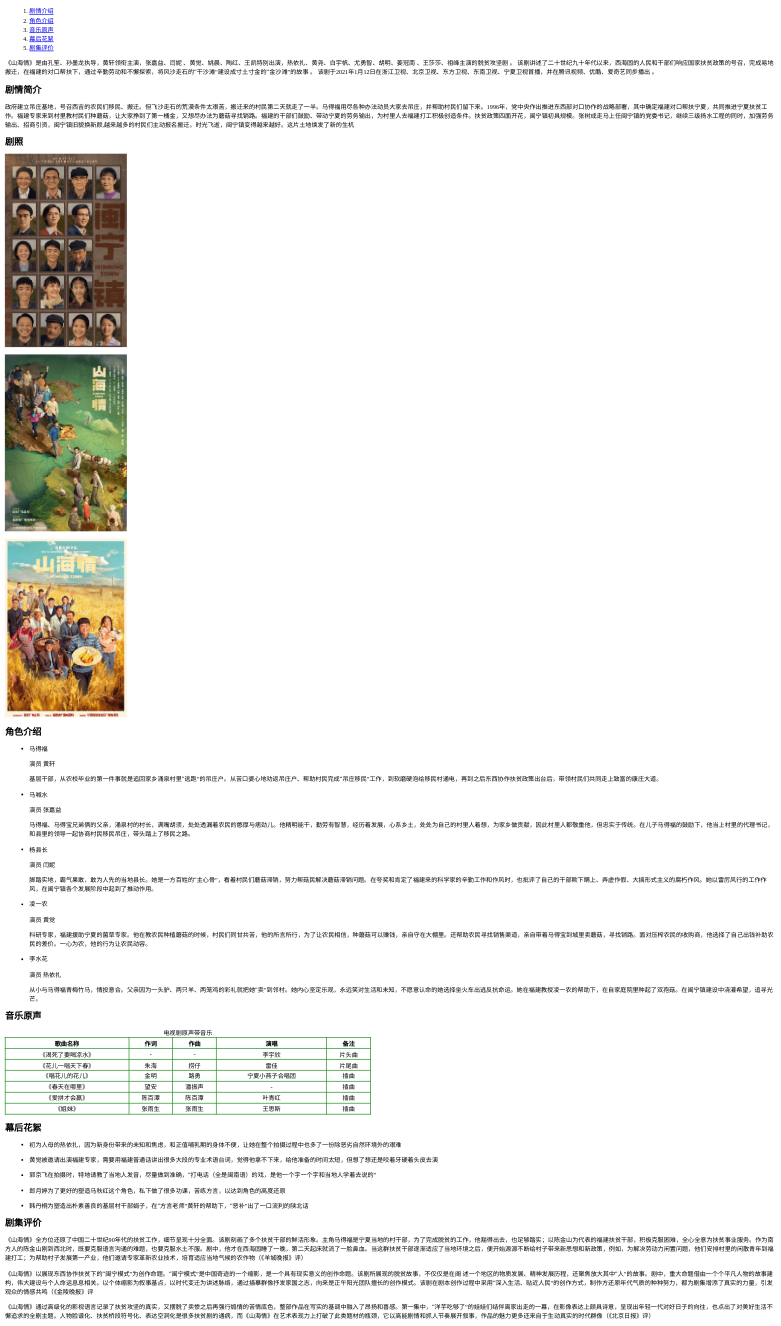
Repository: Lixianlai-2/static-website
Page: index.html
The author's editor kept a copy of each file at every save. The page is drawn from the files as they stood at one save, then again after the next save.
The browser window is 1280 px wide. The pictures show the whole page, at 61% of full size.

Above is the page before, as saved 2021-11-30 22:18:47.

After the next save:
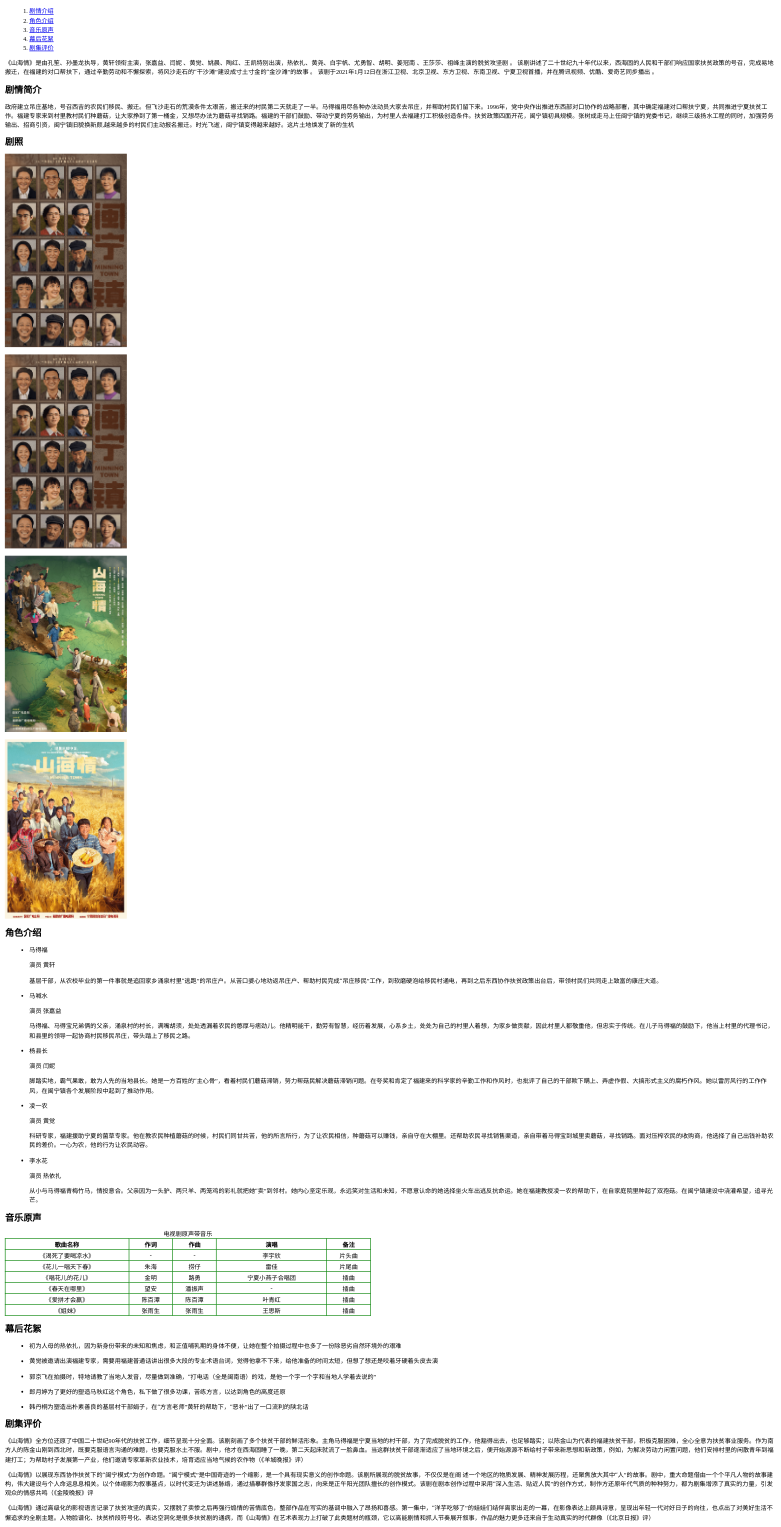
Saved 8 min 35 s later.
--- a/index.html
+++ b/index.html
@@ -68,6 +68,11 @@
     </p>
 
     <h2>剧照</h2>
+    <div>
+      <a href="">
+        <img src="/img/裁剪1.png" alt="剧照1">
+      </a>
+    </div>
     <div><img src="/img/裁剪1.png" alt="剧照1"></div>
     <div><img src="/img/裁剪2.png" alt="剧照2"></div>
     <div><img src="/img/裁剪3.png" alt="剧照3"></div>

After the save that followed:
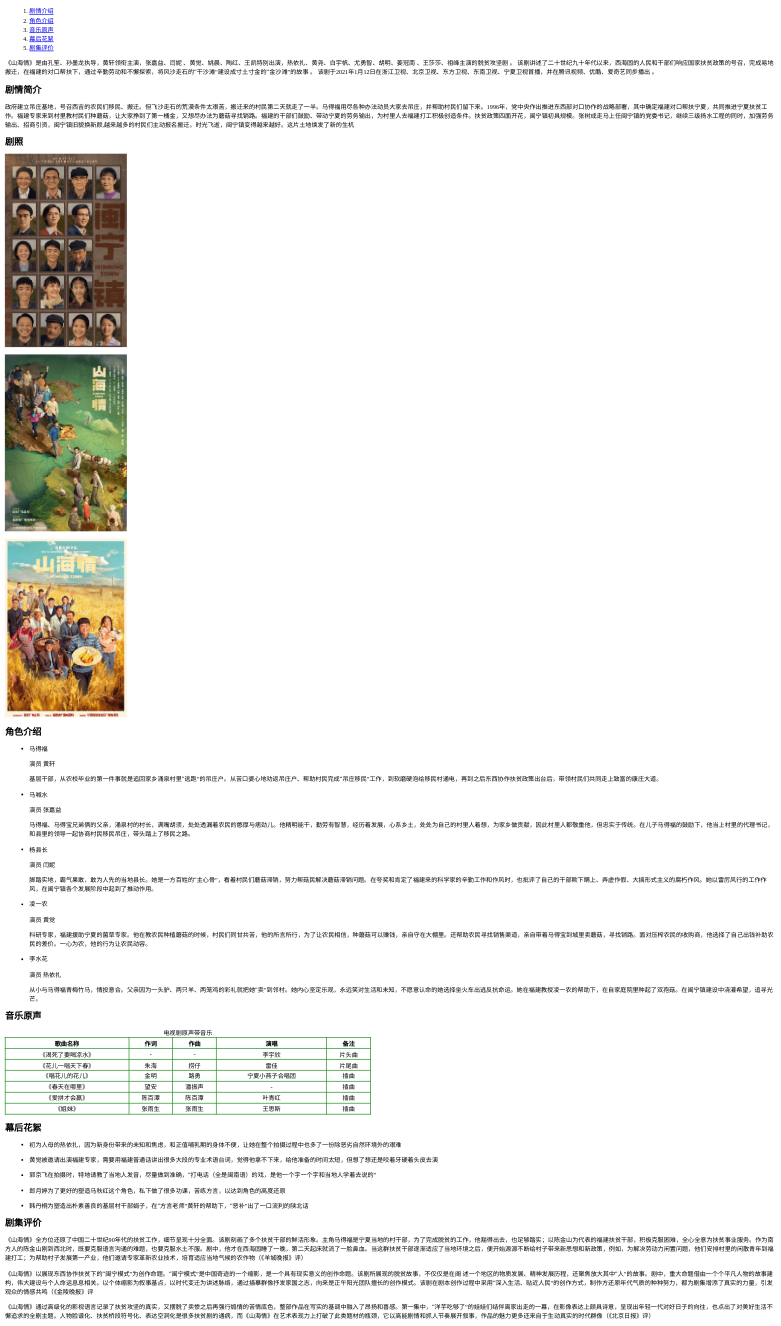
Saved 102 s later.
--- a/index.html
+++ b/index.html
@@ -69,13 +69,21 @@
 
     <h2>剧照</h2>
     <div>
-      <a href="">
+      <a href="/img/剧照1.jfif">
         <img src="/img/裁剪1.png" alt="剧照1">
       </a>
     </div>
-    <div><img src="/img/裁剪1.png" alt="剧照1"></div>
-    <div><img src="/img/裁剪2.png" alt="剧照2"></div>
-    <div><img src="/img/裁剪3.png" alt="剧照3"></div>
+    <div>
+      <a href="/img/剧照2.jfif">
+        <img src="/img/裁剪2.png" alt="剧照2">
+      </a>
+    </div>
+    <div>
+      <a href="/img/剧照3.jfif">
+        <img src="/img/裁剪3.png" alt="剧照3">
+      </a>
+    </div>
+
 
     <h2 id="Role">角色介绍</h2>
 
